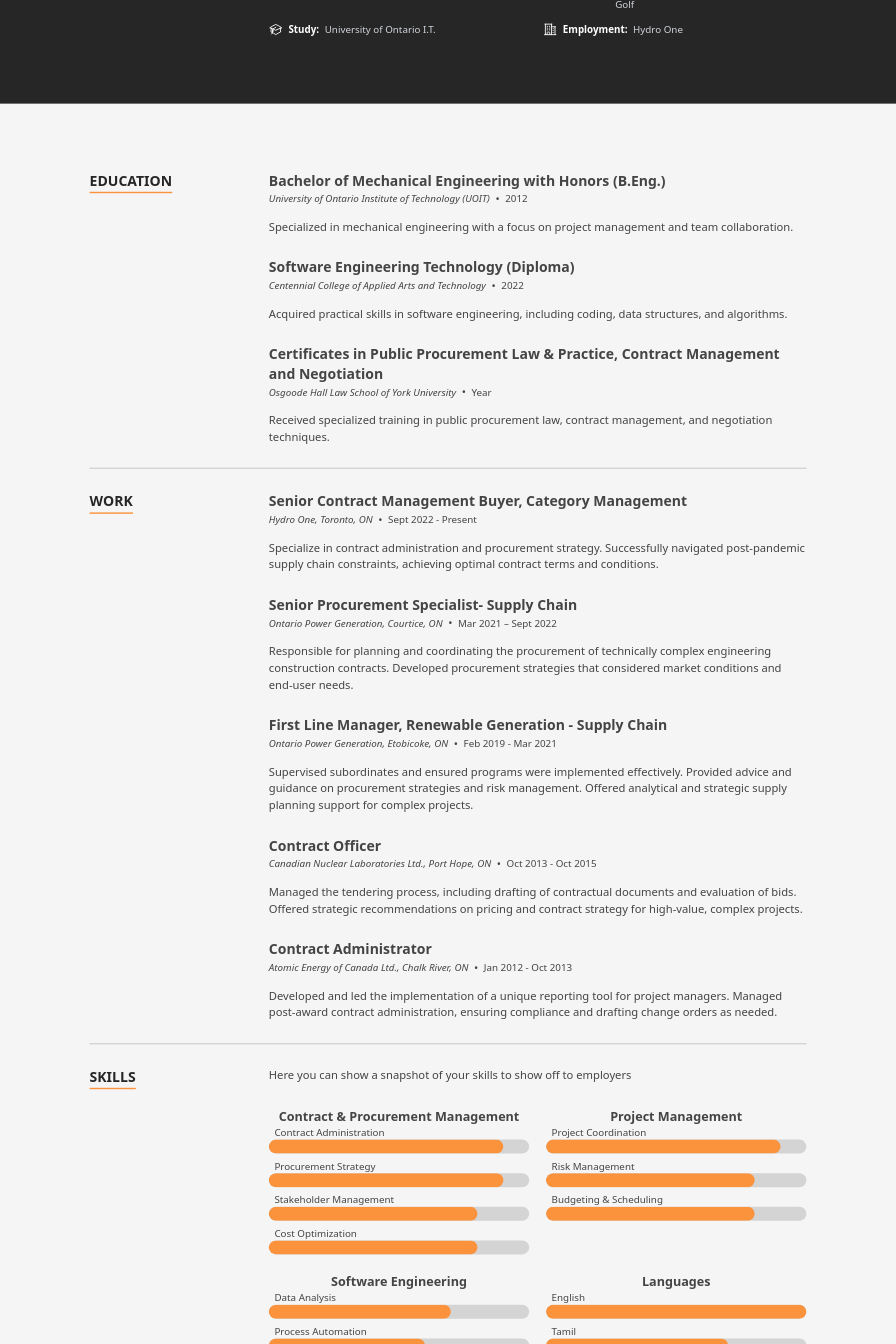
Repository: ananthantharma/portfolio
Page: /
The author's editor kept a copy of each file at every save. The page is drawn from the files as they stood at one save, then again after a run of saves.
The browser window is 1280 px wide. The pictures show the part of the page from y = 1080 to 3000 px (the page is 5352 px tall before and 5758 px after), at 70% of full size.
Backgrounds fixed to the window are drawn as part of the page. The project was rebuilt for these pictures with package versions that can differ from the ones it lists, and the page was loaded fresh each time. The framework's server and built-in components were replaced by stand-ins that run in the browser. Also part of the build but not shown: next.config.js, src/components/Icon/FacebookIcon.tsx.

Above is the page before, as saved 2023-08-30 01:00:51.

After the next 2 saves:
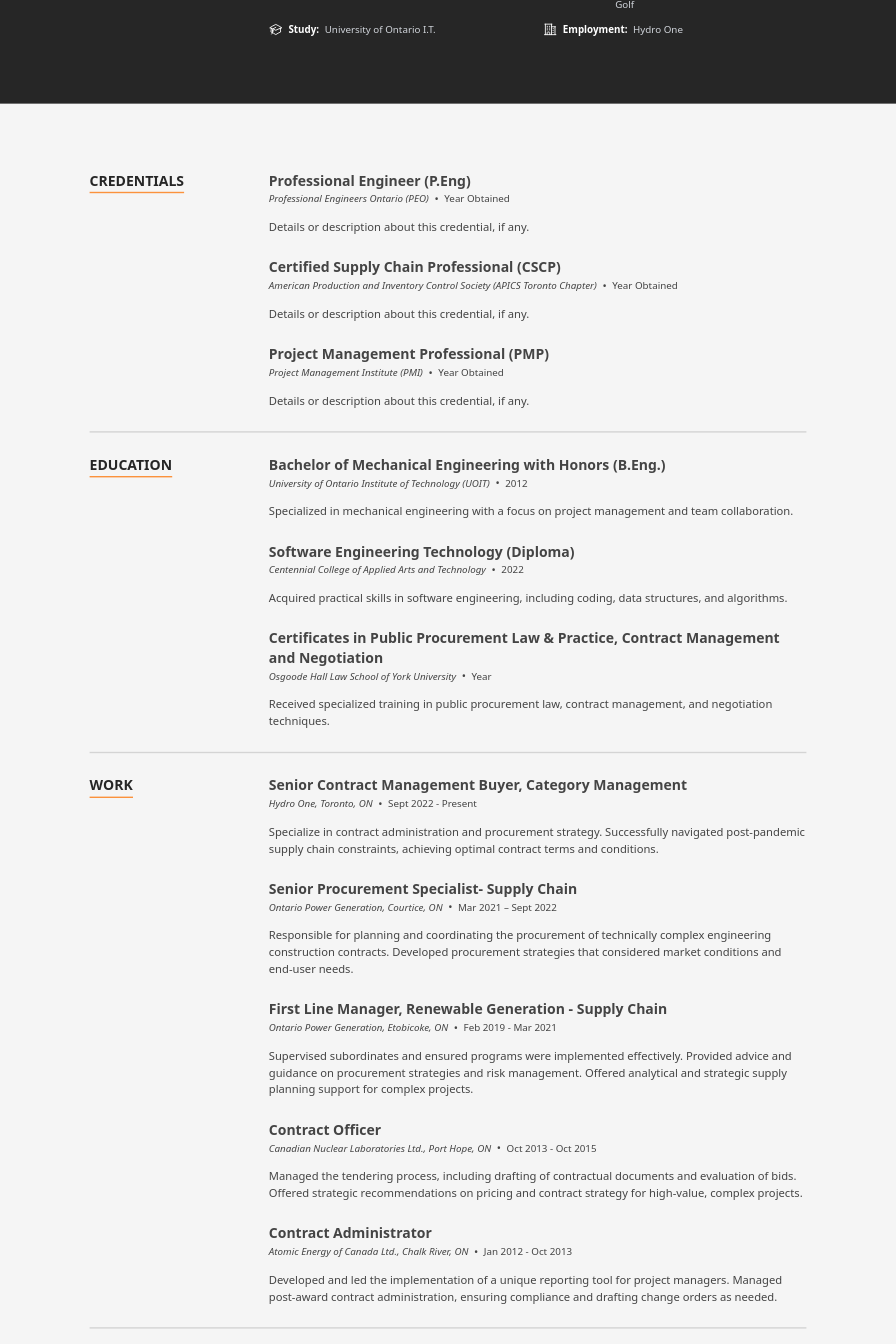
The 2 saves are shown as one change because 1 did not build or start.
The last was saved 15 min 10 s later.
--- a/src/components/Sections/Resume/index.tsx
+++ b/src/components/Sections/Resume/index.tsx
@@ -1,15 +1,22 @@
 import {FC, memo} from 'react';
 
-import {education, experience, SectionId, skills} from '../../../data/data';
+import {education, experience, SectionId, skills, credentials} from '../../../data/data';
 import Section from '../../Layout/Section';
 import ResumeSection from './ResumeSection';
 import {SkillGroup} from './Skills';
 import TimelineItem from './TimelineItem';
 
+
 const Resume: FC = memo(() => {
   return (
     <Section className="bg-neutral-100" sectionId={SectionId.Resume}>
       <div className="flex flex-col divide-y-2 divide-neutral-300">
+        <ResumeSection title="Credentials">
+          {credentials.map((item, index) => (
+            <TimelineItem item={item} key={`${item.title}-${index}`} />
+          ))}
+        </ResumeSection>
+
         <ResumeSection title="Education">
           {education.map((item, index) => (
             <TimelineItem item={item} key={`${item.title}-${index}`} />
--- a/src/data/data.tsx
+++ b/src/data/data.tsx
@@ -255,6 +255,27 @@ export const portfolioItems: PortfolioItem[] = [
     image: porfolioImage11,
   },
 ];
+// Add this new array for Credentials
+export const credentials: TimelineItem[] = [
+  {
+    date: 'Year Obtained', // Replace with the actual year or date
+    location: 'Professional Engineers Ontario (PEO)',
+    title: 'Professional Engineer (P.Eng)',
+    content: <p>Details or description about this credential, if any.</p>,
+  },
+  {
+    date: 'Year Obtained', // Replace with the actual year or date
+    location: 'American Production and Inventory Control Society (APICS Toronto Chapter)',
+    title: 'Certified Supply Chain Professional (CSCP)',
+    content: <p>Details or description about this credential, if any.</p>,
+  },
+  {
+    date: 'Year Obtained', // Replace with the actual year or date
+    location: 'Project Management Institute (PMI)',
+    title: 'Project Management Professional (PMP)',
+    content: <p>Details or description about this credential, if any.</p>,
+  },
+];
 
 /**
  * Resume section -- TODO: Standardize resume contact format or offer MDX
